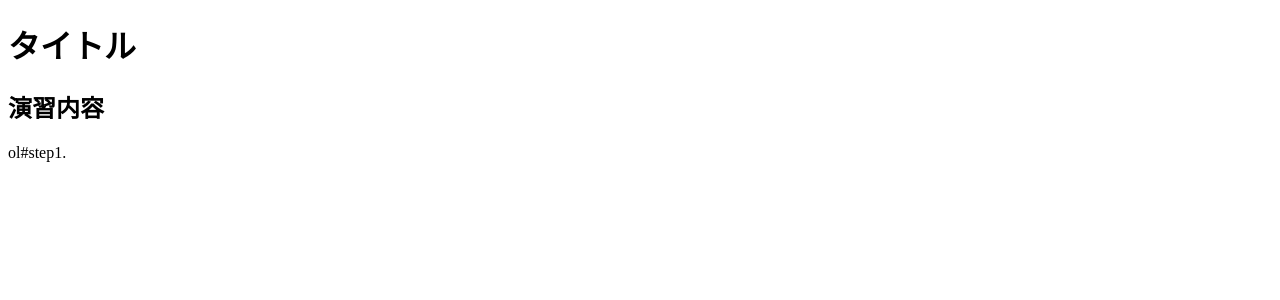
Repository: risunjae-spartacamp-python/independent_production
Page: lesson/tmp.html
The author's editor kept a copy of each file at every save. The page is drawn from the files as they stood at one save, then again after a run of saves.
The browser window is 1280 px wide. The pictures show the whole page.

Above is the page before, as saved 2022-11-24 20:53:35.

### lesson/tmp.html
<!DOCTYPE html>
<html lang="ja">

<head>
    <meta charset="UTF-8">
    <title>Document</title>
</head>

<body>
    <h1>タイトル</h1>
    <h2>演習内容</h2>
    ol#step1.

</body>

</html>

After the next 3 saves:
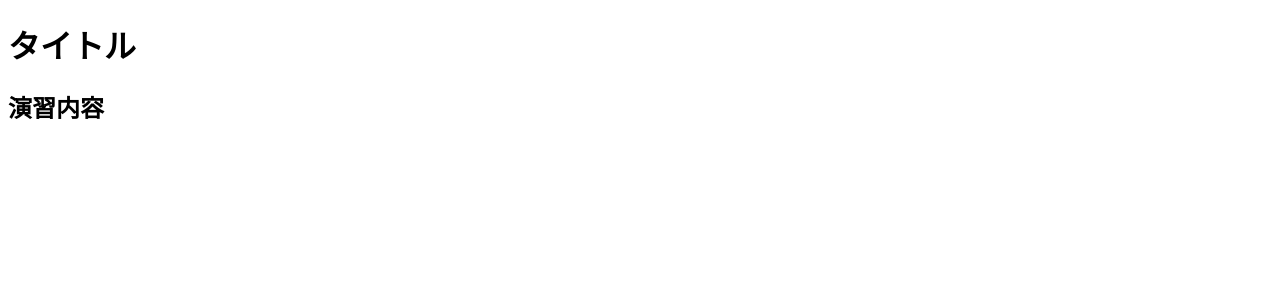
The 3 saves are shown as one change because they came seconds apart.
The last was saved 12 s later.
--- a/lesson/tmp.html
+++ b/lesson/tmp.html
@@ -9,7 +9,7 @@
 <body>
     <h1>タイトル</h1>
     <h2>演習内容</h2>
-    ol#step1.
+    <ol id="step1" class="study-list"></ol>
 
 </body>
 
